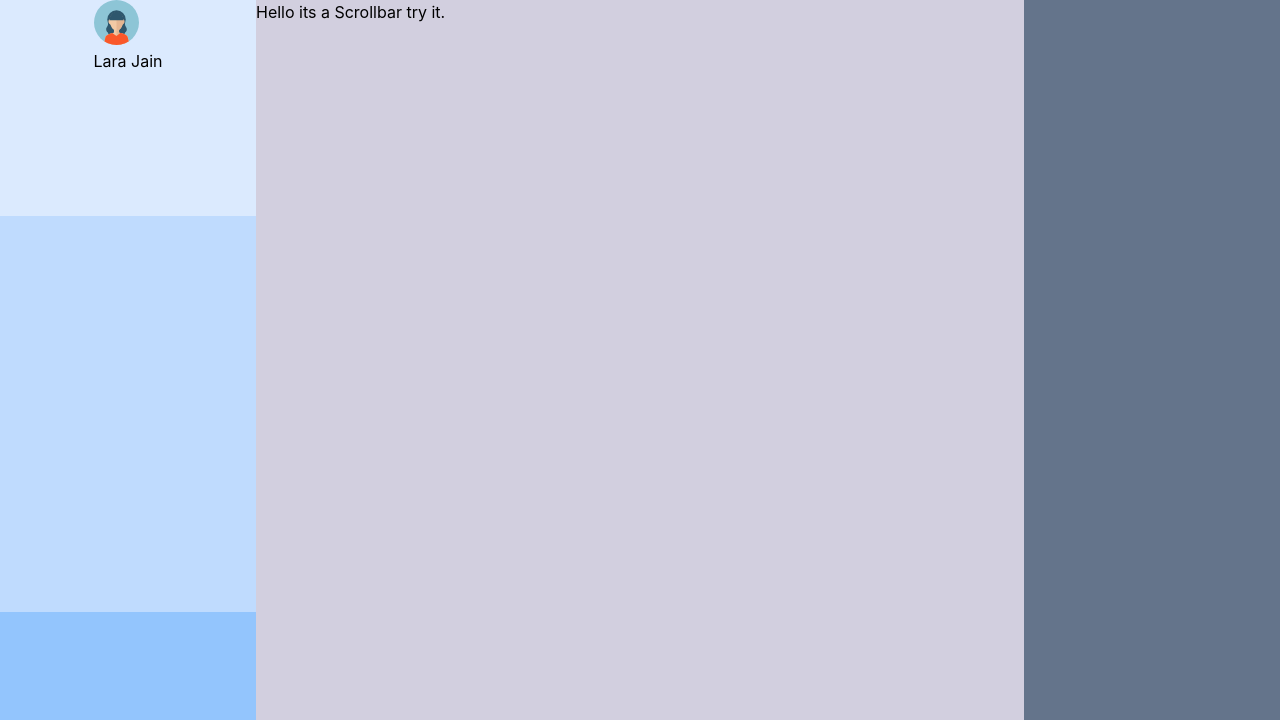
Repository: cosmicswati/upgrad-captions-project
Page: /
An editor plug-in stored every save of this project. The page is shown before and after the next save, followed by the edit.
The browser window is 1280 px wide. The pictures show the whole page.
An inner scrolling area shows only its first screen. The project was rebuilt for these pictures with package versions that can differ from the ones it lists, and the page was loaded fresh each time. Also part of the build but not shown: src/components/Input/index.js, src/components/Button/index.js, src/modules/Authorization/Form.jsx, src/modules/Authorization/index.js.

Above is the page before, as saved 2024-04-09 13:44:09.

### src/index.css
@tailwind base;
@tailwind components;
@tailwind utilities;

body {
  margin: 0;
  font-family: -apple-system, BlinkMacSystemFont, 'Segoe UI', 'Roboto', 'Oxygen',
    'Ubuntu', 'Cantarell', 'Fira Sans', 'Droid Sans', 'Helvetica Neue',
    sans-serif;
  -webkit-font-smoothing: antialiased;
  -moz-osx-font-smoothing: grayscale;
}

code {
  font-family: source-code-pro, Menlo, Monaco, Consolas, 'Courier New',
    monospace;
}

.scrollbar-hide::-webkit-scrollbar{
  display: none;
}

### src/App.js
import Auth from "./modules/Authorization";
import Home from "./modules/Home";


function App() {
  return (
    <div>
      {/* <Auth />  */}
      <Home />
    </div>
  );
}

export default App;

### src/modules/Home/index.js
import React from 'react'
import { ReactComponent as Avatar} from '../../assets/Avatar.svg'

const Home = () => {
  return (
    <div className='h-screen bg-[#d2cfdf]  flex overflow-hidden'>
        <div className='w-[20%] flex flex-col'>
            <div className='h-[30%] bg-blue-100 flex justify-center item-center'>
                <div>
                    <Avatar width={'45px'} height={'45px'}/>
                    <p className='my-1'>Lara Jain</p>
                </div>
            </div>
            <div className='h-[55%] bg-blue-200'></div>
            <div className='h-[15%] bg-blue-300'></div>
        </div>
        <div className='w-[60%] overflow-scroll h-full scrollbar-hide'>
            <div className='h-[1500px]'>Hello its a Scrollbar try it.</div>
        </div>
        <div className='w-[20%] bg-slate-500'></div>
    </div>
  )
}

export default Home

### tailwind.config.js
/** @type {import('tailwindcss').Config} */
module.exports = {
 mode:'jit',
 purge: [
  './public/**/*.html',
  './src/**/*.{js,jsx,ts,tsx,vue}',
 ],
  content: [
    "./src/**/*.{js,jsx,ts,tsx}",
  ],
  theme: {
    extend: {},
  },
  plugins: [],
}

Loaded but not shown: public/index.html (common file); src/index.js (common file); src/reportWebVitals.js (common file)

After the next save:
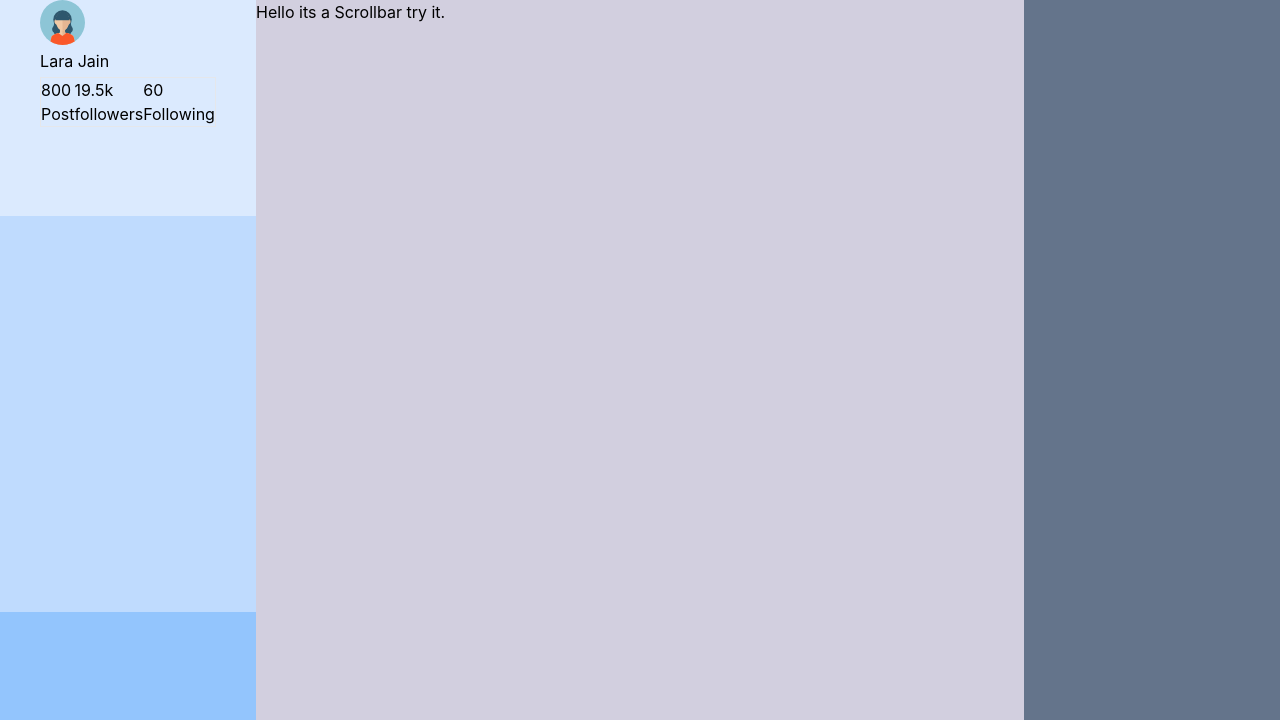
Saved 7 min 8 s later.
--- a/src/modules/Home/index.js
+++ b/src/modules/Home/index.js
@@ -9,6 +9,20 @@
                 <div>
                     <Avatar width={'45px'} height={'45px'}/>
                     <p className='my-1'>Lara Jain</p>
+                    <div className='border h-[50px] flex justify-center w-full'>
+                        <div className='flex flex-col justify-center item-center'>
+                            <h4>800</h4>
+                            <p>Post</p>
+                        </div>
+                        <div>
+                            <h4>19.5k</h4>
+                            <p>followers</p>
+                        </div>
+                        <div>
+                            <h4>60</h4>
+                            <p>Following</p>
+                        </div>
+                    </div>
                 </div>
             </div>
             <div className='h-[55%] bg-blue-200'></div>

After the save that followed:
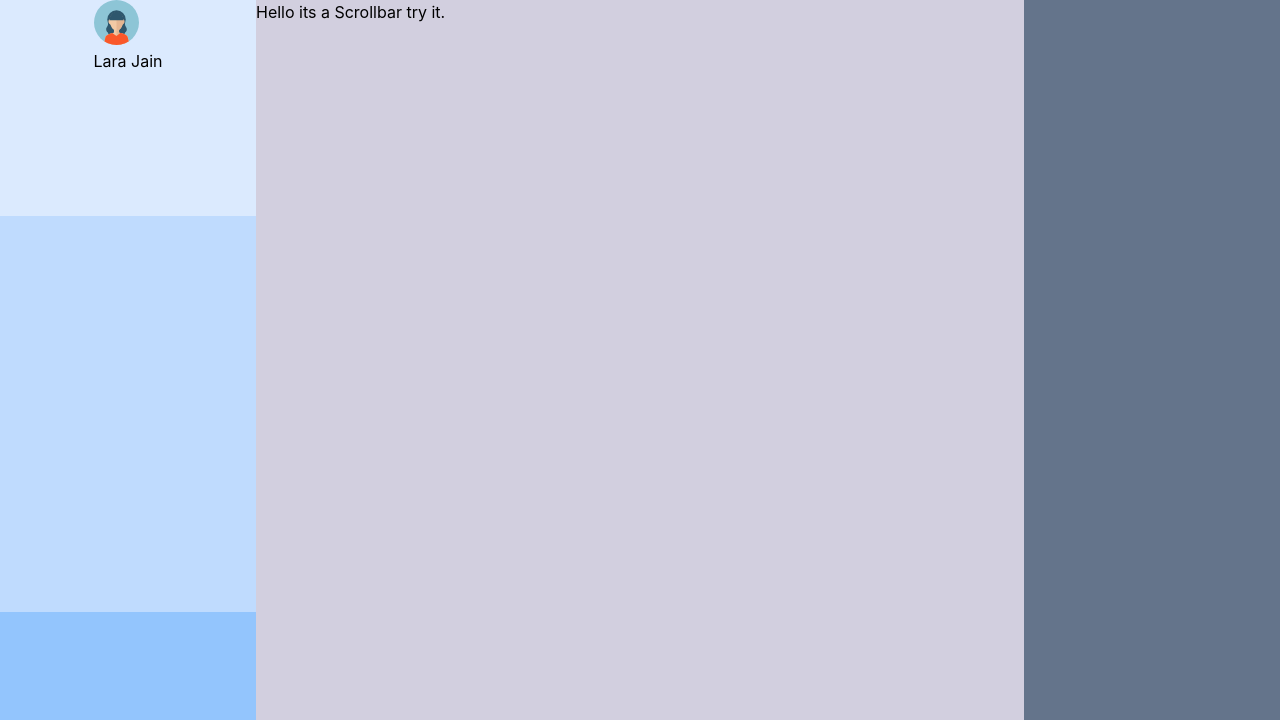
Saved 65 s later.
--- a/src/modules/Home/index.js
+++ b/src/modules/Home/index.js
@@ -9,20 +9,7 @@
                 <div>
                     <Avatar width={'45px'} height={'45px'}/>
                     <p className='my-1'>Lara Jain</p>
-                    <div className='border h-[50px] flex justify-center w-full'>
-                        <div className='flex flex-col justify-center item-center'>
-                            <h4>800</h4>
-                            <p>Post</p>
-                        </div>
-                        <div>
-                            <h4>19.5k</h4>
-                            <p>followers</p>
-                        </div>
-                        <div>
-                            <h4>60</h4>
-                            <p>Following</p>
-                        </div>
-                    </div>
+
                 </div>
             </div>
             <div className='h-[55%] bg-blue-200'></div>
